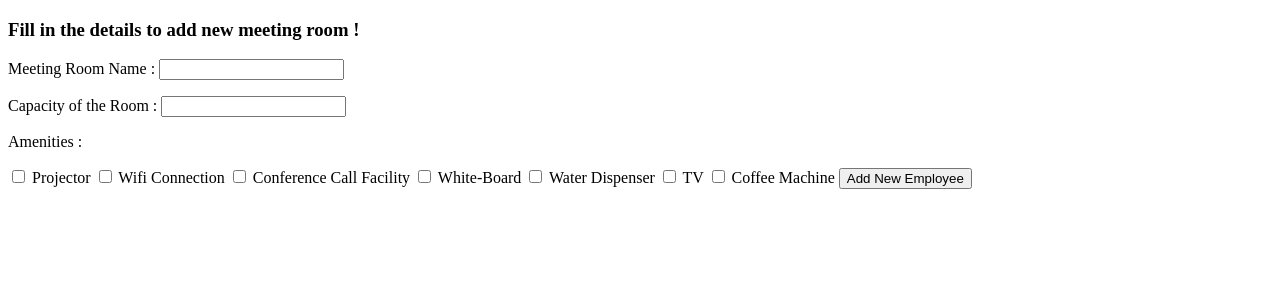
Repository: pavleen14/techyons-code-fury
Page: http://localhost/meetingroommanagement/addNewRoom.jsp
The author's editor kept a copy of each file at every save. The page is drawn from the files as they stood at one save, then again after the next save.
The browser window is 1280 px wide. The pictures show the whole page.
The page is served by Tomcat 9. Other server files are loaded and not shown.

Above is the page before, as saved 2021-09-25 11:37:32.

### application/meetingroommanagement/src/main/webapp/addNewRoom.jsp
<%@ taglib uri="http://java.sun.com/jsp/jstl/core" prefix="e"%>
<!DOCTYPE html>
<html>
<head>
<meta charset="ISO-8859-1">
</head>
<body>
<h3>Fill in the details to add new meeting room !</h3>
<form action="http://localhost:8080/meetingroommanagement/meetingroom" method=POST>
   Meeting Room Name :
   <input type="text" name="mname"><p>
   Capacity of the Room :
   <input type="text" name="mcapacity"><p>

   Amenities : <p>
   <input type="checkbox"  name="amenities" value="Projector"> Projector
   <input type="checkbox"  name="amenities" value="Wifi Connection"> Wifi Connection
   <input type="checkbox"  name="amenities" value="Conference Call Facility"> Conference Call Facility
   <input type="checkbox"  name="amenities" value="Whiteboard"> White-Board
   <input type="checkbox"  name="amenities" value="Water Dispenser"> Water Dispenser
   <input type="checkbox"  name="amenities" value="TV"> TV
   <input type="checkbox"  name="amenities" value="Coffee Machine"> Coffee Machine
   <input type ="submit" value ="Add New Employee">

</form>
<p>
</body>
</html>

After the next save:
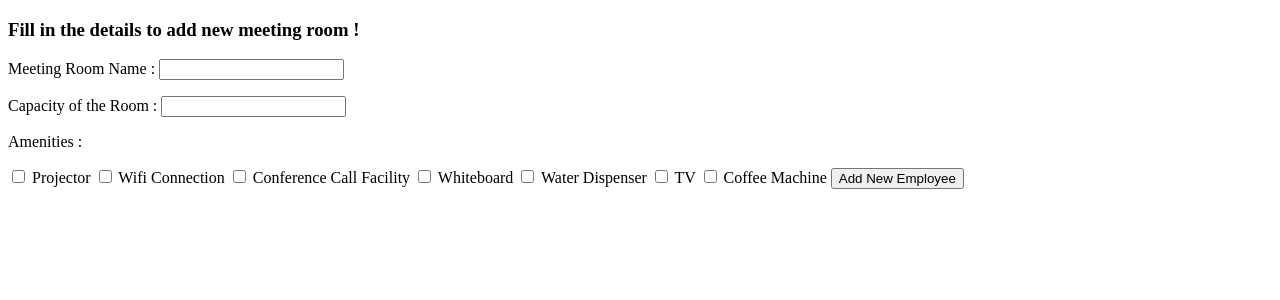
Saved 8 s later.
--- a/application/meetingroommanagement/src/main/webapp/addNewRoom.jsp
+++ b/application/meetingroommanagement/src/main/webapp/addNewRoom.jsp
@@ -16,7 +16,7 @@
    <input type="checkbox"  name="amenities" value="Projector"> Projector
    <input type="checkbox"  name="amenities" value="Wifi Connection"> Wifi Connection
    <input type="checkbox"  name="amenities" value="Conference Call Facility"> Conference Call Facility
-   <input type="checkbox"  name="amenities" value="Whiteboard"> White-Board
+   <input type="checkbox"  name="amenities" value="Whiteboard"> Whiteboard
    <input type="checkbox"  name="amenities" value="Water Dispenser"> Water Dispenser
    <input type="checkbox"  name="amenities" value="TV"> TV
    <input type="checkbox"  name="amenities" value="Coffee Machine"> Coffee Machine
